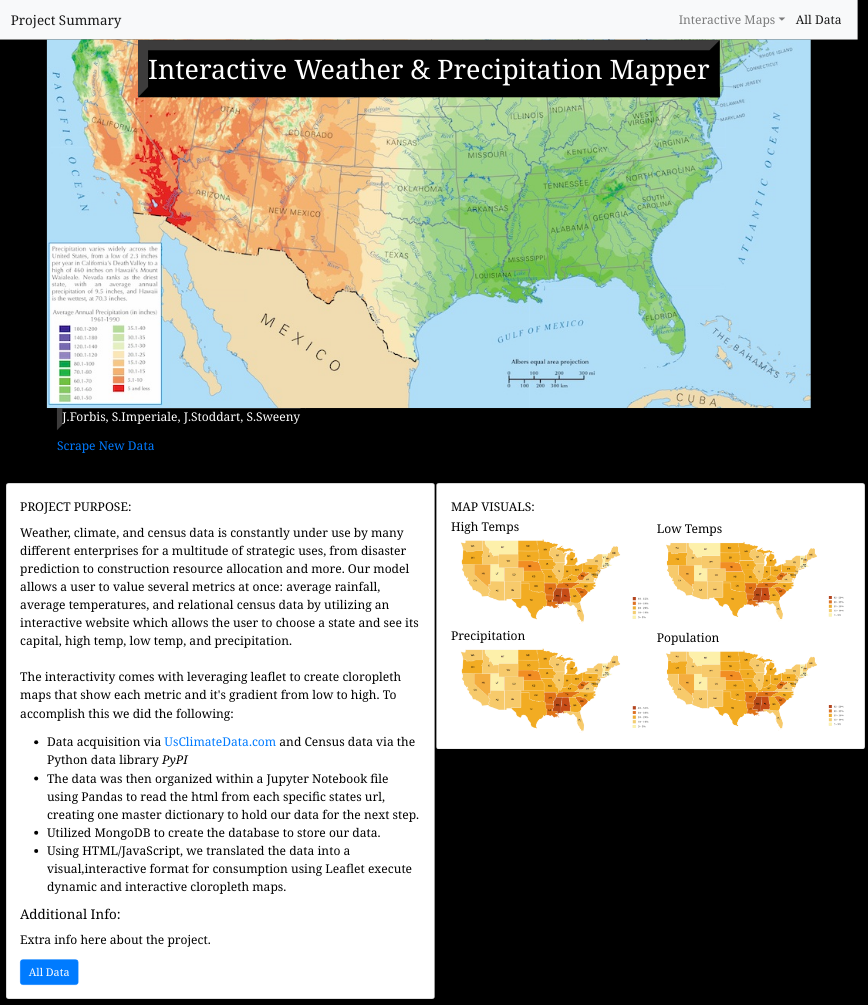
Repository: jforbis/project3-weathermap
Page: templates/index.html
The author's editor kept a copy of each file at every save. The page is drawn from the files as they stood at one save, then again after the next save.
The browser window is 1280 px wide. The page is 1292 px wide, then 1295 px, so the pictures cover 1295 px, including what lies to the right of the window. The pictures show the whole page, at 67% of full size.
Backgrounds fixed to the window are drawn as part of the page. The template is drawn by Flask 3. The application's start-up code is not run. The template is opened directly, without the code that normally fills it, so the values that code supplies are empty.

Above is the page before, as saved 2021-03-16 00:22:39.

After the next save:
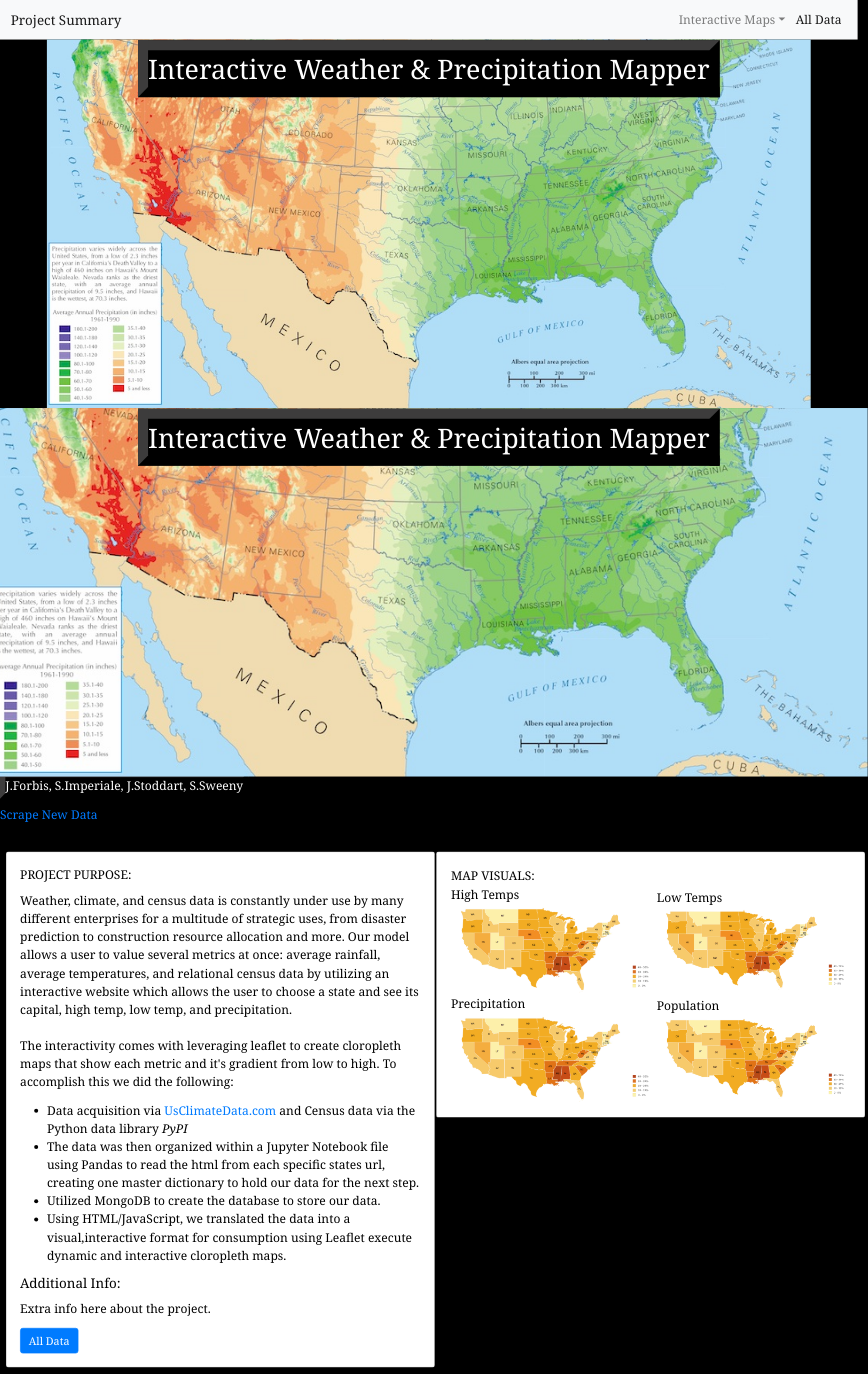
Saved 3 min 23 s later.
--- a/templates/index.html
+++ b/templates/index.html
@@ -39,6 +39,28 @@
 <!-- First div is a container for the title and scraper button -->
 <div class="container">
     <div class="row">
+        <div class="hero text-center col-md-12" style="position: center;
+        height: 550px;
+        padding: 20px;
+        margin: 0;
+        background: blue;
+        background-image: url('../static/images/intro_image2.jpg');
+        background-attachment: fixed;
+        background-position: bottom center;
+        background-size: cover;">
+            <h1><span class="title" style="background-color: black;
+                color: white;
+                width: 300px;
+                border: 15px #3d3c3c;
+                margin: 10px;
+                border-style: outset">Interactive Weather & Precipitation Mapper</span></h1>
+        </div>
+    </div>
+</div>
+
+<!--XXXXXXXXXXXXXXXXX-->
+
+<div class="row">
     <div class="hero text-center col-md-12" style="position: center;
     height: 550px;
     padding: 20px;
@@ -64,6 +86,9 @@
         <p><a class="button" href="/maps" role="button">Scrape New Data</a></p>
     </div>
 </div>
+
+
+
 <body>
     <hr>
     <div class="d-flex p-2">
